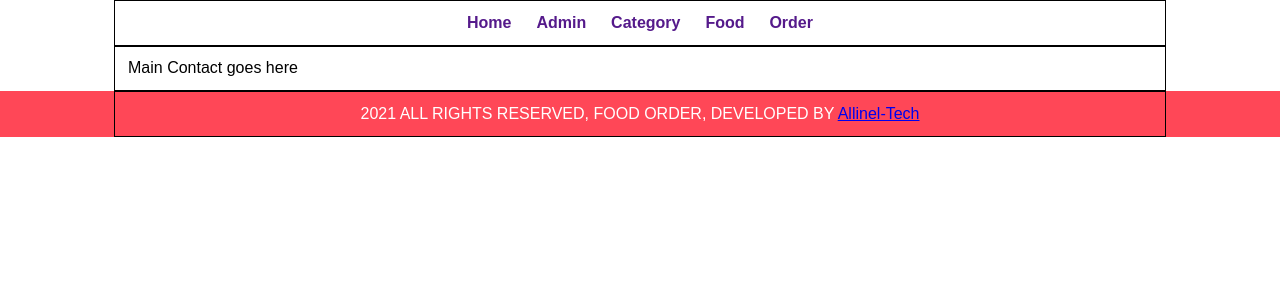
Repository: yazshrilld/food_order
Page: http://localhost/admin/index.php
These files come from the project's save history. The page is drawn as it stood at one moment and after a run of saves; the edit follows.
The browser window is 1280 px wide. The pictures show the whole page.
The page is run by PHP 8.4 with error messages shown; the project is at /var/www/html/.

Above is the page before, as saved 2021-01-24 16:23:26.

### admin/index.php
    <html>
    <head>
        <title>Food Order Website - Home Page</title>
        <link rel="stylesheet" href="../css/admin.css">
    </head>
    <body>
        <!-- Menu Section Starts -->
            <div class="menu text-center">
                <div class="wrapper">
                    <ul>
                        <li><a href="">Home</a></li>
                        <li><a href="">Admin</a></li>
                        <li><a href="">Category</a></li>
                        <li><a href="">Food</a></li>
                        <li><a href="">Order</a></li>
                    </ul>
                </div>
            </div>
        <!-- Menu Section Ends -->

        <!-- Main Content Section Starts -->
            <div class="main-content">
                <div class="wrapper">
                    Main Contact goes here
                </div>
            </div>
        <!-- Main Content Section Ends -->

        <!-- Footer Section Starts -->
            <div class="footer">
                <div class="wrapper">
                    <p class="text-center">2021 ALL RIGHTS RESERVED, FOOD ORDER, DEVELOPED BY <a href="#">Allinel-Tech</a></p>
                </div>
            </div>
        <!-- Footer Section Ends -->

    </body>
</html>

### css/admin.css
/*
    Author: Musa Yazid
    Theme: Food Order Website Admin
    Version: 1.0
*/

* {
    margin: 0;
    padding: 0;
    font-family: Arial, Helvetica, sans-serif;
}

.wrapper {
    border: 1px solid black;
    padding: 1%;
    width: 80%;
    margin: 0 auto;
}

.text-center {
    text-align: center;
}
/* CSS for Menu */
.menu ul {
    list-style-type: none;
}
.menu ul li {
    display: inline;
    padding: 1%;
}
.menu ul li a {
    text-decoration: none;
    font-weight: bold;
    color: ;
}

/* CSS for footer */
.footer {
    background-color: #ff4757;
    color: white;
}

After the next 4 saves:
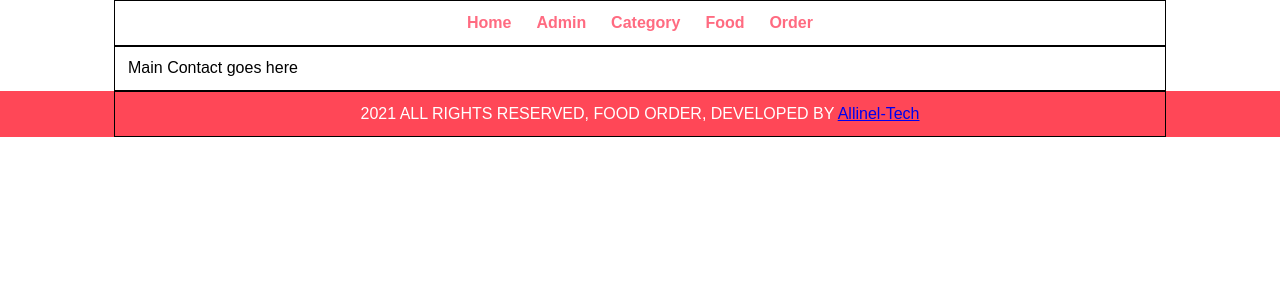
The 4 saves are shown as one change because they came seconds apart.
The last was saved 20 s later.
--- a/css/admin.css
+++ b/css/admin.css
@@ -31,7 +31,7 @@
 .menu ul li a {
     text-decoration: none;
     font-weight: bold;
-    color: ;
+    color: #ff6b81;
 }
 
 /* CSS for footer */
